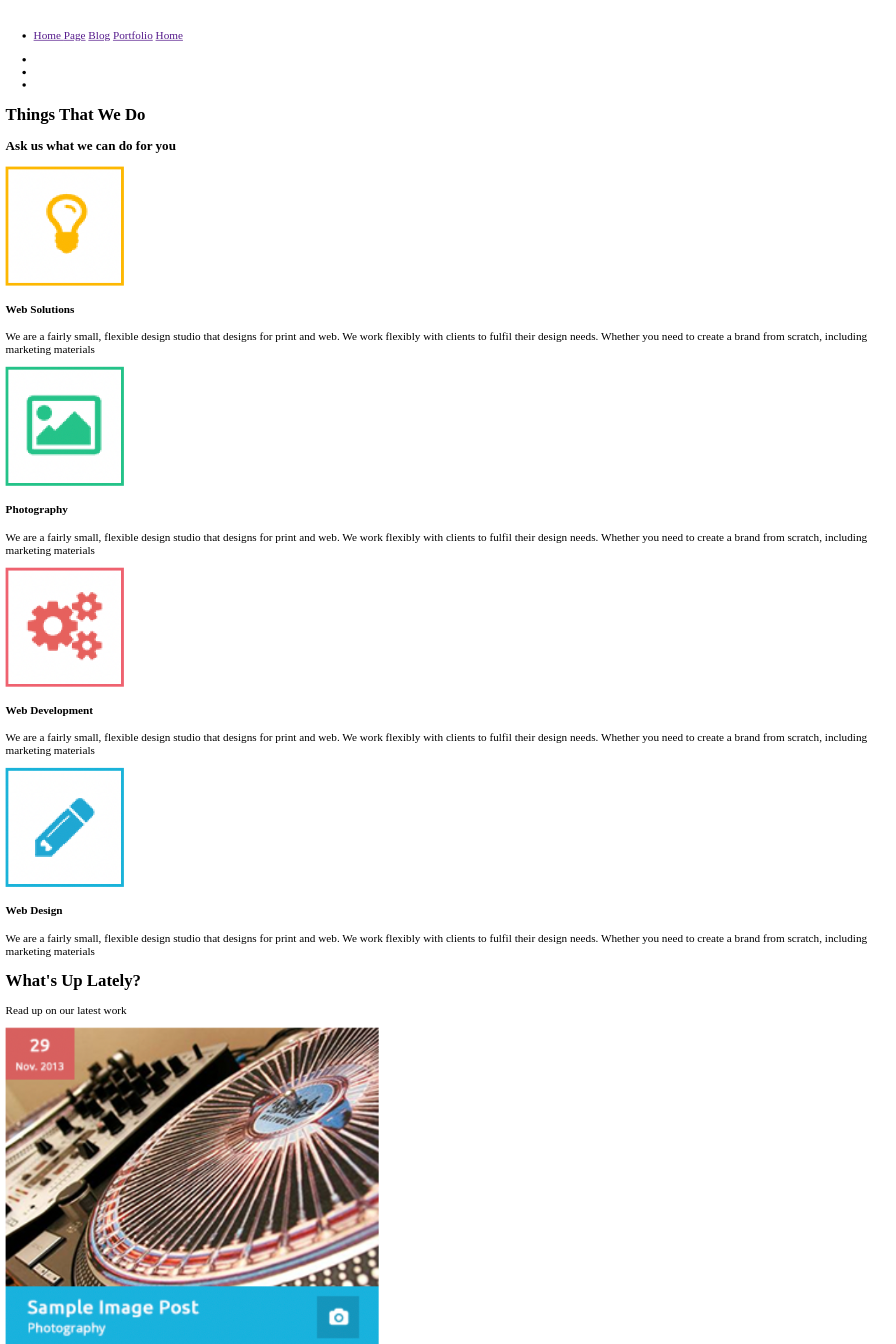
Repository: JerryWuOn/BCITPROJECT1-LAB-03B
Page: index.html
These files come from the project's save history. The page is drawn as it stood at one moment and after a run of saves; the edit follows.
The browser window is 1280 px wide. The pictures show the part of the page from y = 0 to 1920 px (the page is 9116 px tall before and 9210 px after), at 70% of full size.

Above is the page before, as saved 2023-01-27 18:17:13.

### index.html
<!DOCTYPE html>
<html lang="en">
<head>
  <meta name="viewport" content="width=device-width, initial-scale=1.0">
    <title>Team Jerry and Takami</title>
</head>
<body class="page page--home">

  <header class="page_header">
      <div class="page_header_logo">
        <img src="" alt="">
      </div>
      <section class="home_pages">
        <ul class="page-links">
          <li class="page-links_items">
            <a href="">Home </a>
            <a href="">Page</a>
            <a href="">Blog</a>
            <a href="">Portfolio</a>
            <a href="">Home</a>
          </li>
        </ul>
      </section>
  </header>

  <section class="carousel">
    <ul class="carousel_items">
      <li></li>
      <li></li>
      <li></li>
    </ul>
  </section>

  <section class="comp_name">

  </section>


          <h2>Things That We Do</h2>
            <h3>Ask us what we can do for you</h3>

             <div class="">

                <div>
                   <a><img src="icon1.png" href=""></a>
                   <h4>Web Solutions</h4>
                   <p>We are a fairly small, flexible design studio that designs for print and web. We work flexibly with clients to fulfil their design needs.
                    Whether you need to create a brand from scratch, including marketing materials</p>
                </div>

                <div>
                    <a><img src="icon2.png" href=""></a>
                    <h4>Photography</h4>
                    <p>We are a fairly small, flexible design studio that designs for print and web.
                      We work flexibly with clients to fulfil their design needs. Whether you need to create a brand from scratch, including marketing materials</p>
                 </div>

                 <div>
                    <a><img src="icon3.png" href=""></a>
                    <h4>Web Development</h4>
                    <p>We are a fairly small, flexible design studio that designs for print and web.
                      We work flexibly with clients to fulfil their design needs. Whether you need to create a brand from scratch, including marketing materials</p>
                 </div>

                 <div>
                    <a><img src="icon4.png" href=""></a>
                    <h4>Web Design</h4>
                    <p>We are a fairly small, flexible design studio that designs for print and web. We work flexibly with clients to fulfil their design needs.
                      Whether you need to create a brand from scratch, including marketing materials</p>
                 </div>

                </div>


        <div>
            <h2>What's Up Lately?</h2>
            <p>Read up on our latest work</p>
        </div>

          <div>
            <div><img src="pic.png"></div>
            <div><img src="pic.png"></div>
            <div><img src="pic.png"></div>
          </div>

          <div>
            <h2>Our Latest Project</h2>
            <p>Client happy? We are happy.</p>
          </div>

          <div class="grid">
            <div><img src="pic2.png"></div>
            <div><img src="pic2.png"></div>
            <div><img src="pic2.png"></div>
            <div><img src="pic2.png"></div>
            <div><img src="pic2.png"></div>
            <div><img src="pic2.png"></div>
          </div>



          <div class="button--left">
            <h2>Thingsofabove</h2>
            <p>Music stuff we could not anyolace else</p>

          <div>
            <h2></h2>
              <div>
                <img>
                   <div>
                    <h3></h3>
                    <p></p>
                   </div>
              </div>
          </div>

          <div>
            <h2></h2>
          </div>

          <div>
            <h2></h2>
          </div>

          </div>

                 <div class="button--right">

                 </div>


            <div class="grid-containers2">

              <div><img src="pic2.png"></div>
              <div><img src="pic2.png"></div>
              <div><img src="pic2.png"></div>
              <div><img src="pic2.png"></div>
              <div><img src="pic2.png"></div>

            </div>

        <div>
            <div>
                <a><img></a>
                <p></p>
            </div>

              <div>
                <div>
                    <h4></h4>
                    <hl>
                    <p></p>
                      <div class="grid-containers3">
                        <div><img src="pic2.png"></div>
                        <div><img src="pic2.png"></div>
                        <div><img src="pic2.png"></div>
                        <div><img src="pic2.png"></div>
                        <div><img src="pic2.png"></div>
                      </div>
                </div>

                <div>
                    <h2></h2>
                     <div>
                        <a></a>
                        <a></a>
                        <a></a>
                     </div>
                       <div class="">
                        <a></a>
                        <a></a>
                        <a></a>
                       </div>
                </div>

                <div>
                    <h2></h2>
                        <div>
                            <div></div>
                            <p></p>
                        </div>

                          <div>
                            <div></div>
                            <p></p>
                          </div>
                </div>

                <div>
                    <h2></h2>
                    <p></p>
                    <p></p><a></a>
                </div>
              </div>
        </div>
</body>
</html>

After the next 2 saves:
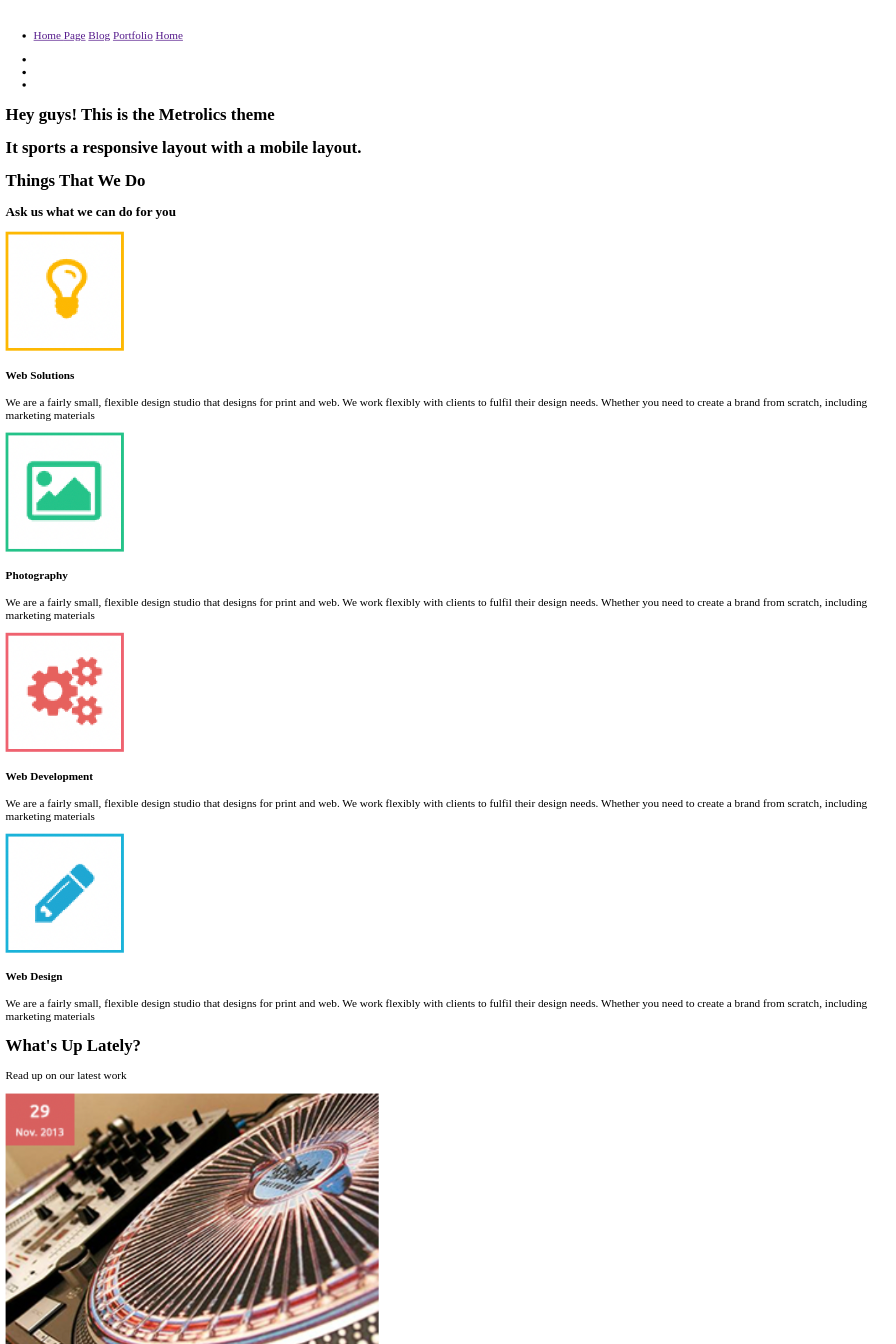
The 2 saves are shown as one change because they came seconds apart.
The last was saved 6 s later.
--- a/index.html
+++ b/index.html
@@ -32,7 +32,8 @@
   </section>
 
   <section class="comp_name">
-
+    <h1  class="font">Hey guys! This is the Metrolics theme</h1>
+         <h1  class="font2">It sports a responsive layout with a mobile layout.</h1>
   </section>
 
 
